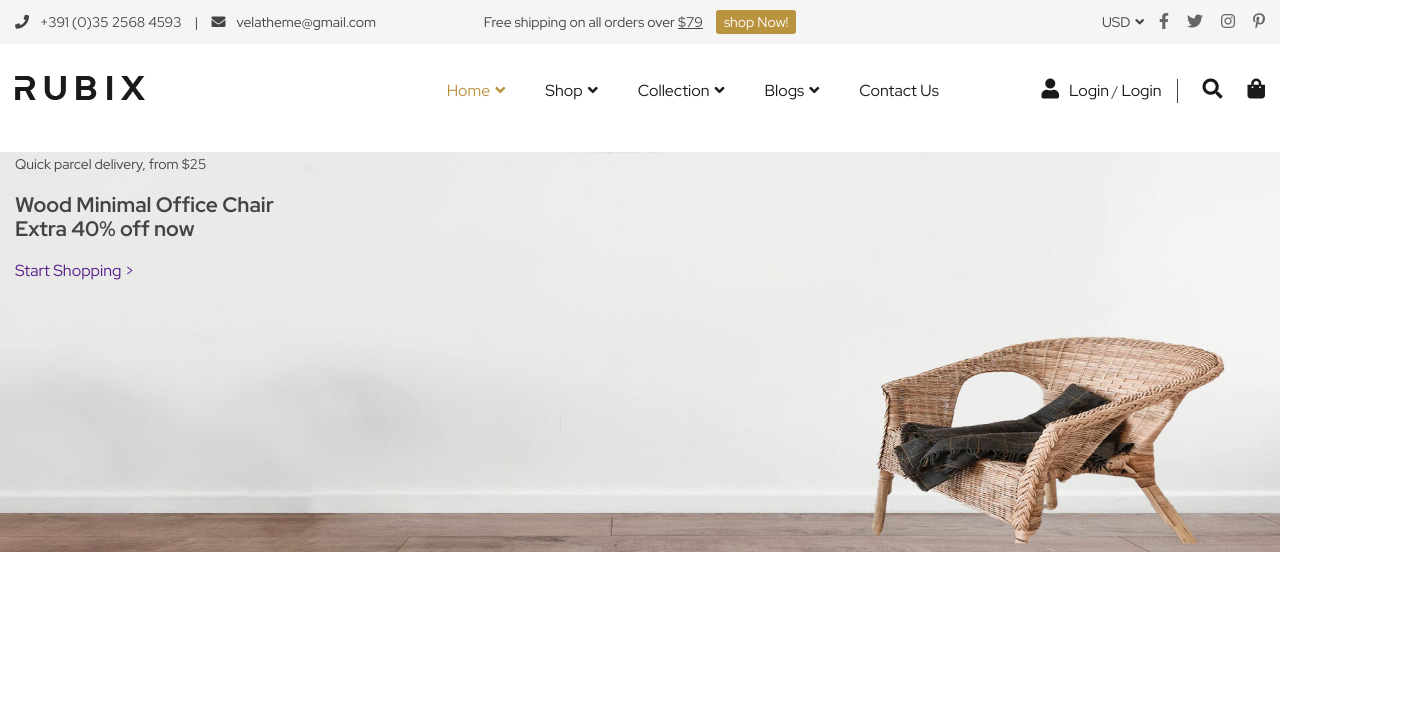
Repository: ldminh95/Gin-velademo
Page: index.html
An editor plug-in stored every save of this project. The page is shown before and after the next save, followed by the edit.
The browser window is 1280 px wide. The page is 1410 px wide, so the pictures cover 1410 px, including what lies to the right of the window. The pictures show the whole page.
The style sheet was rebuilt from its Sass, Less or Tailwind sources for each picture, by a compiler version that may differ from the author's.

Above is the page before, as saved 2023-05-28 10:45:52.

After the next save:
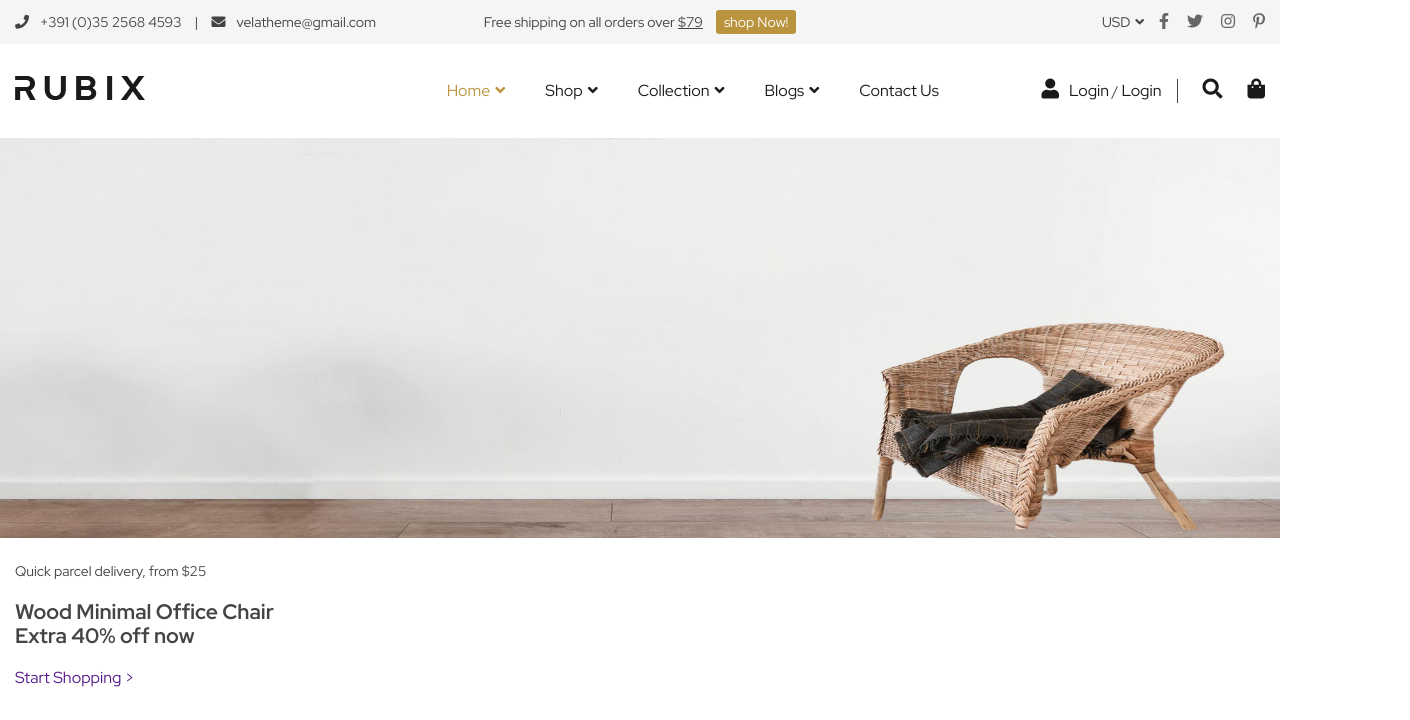
Saved 8 min 20 s later.
--- a/index.html
+++ b/index.html
@@ -132,12 +132,12 @@
                 <div class="slide_item">
                     <div class="slide_item-bg">
                         <img src="./images/index_bg01.jpg" alt="ghế tại ginshop">
-                    </div>
-                    <div class="wrapper">
-                        <div class="slide_item-content">
-                            <p>Quick parcel delivery, <span>from $25</span></p>
-                            <h2>Wood Minimal Office Chair<br>Extra 40% off now</h2>
-                            <a href="">Start Shopping ></a>
+                        <div class="wrapper">
+                            <div class="slide_item-content">
+                                <p>Quick parcel delivery, <span>from $25</span></p>
+                                <h2>Wood Minimal Office Chair<br>Extra 40% off now</h2>
+                                <a href="">Start Shopping ></a>
+                            </div>
                         </div>
                     </div>
                 </div>
